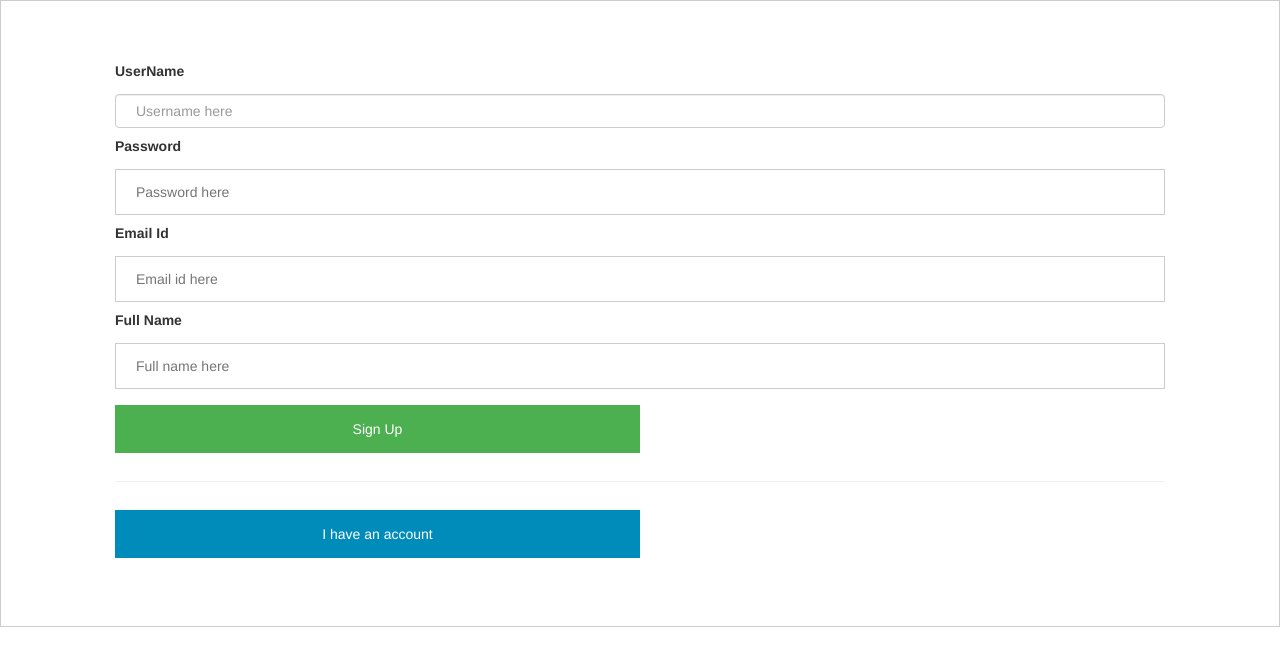
Repository: hamshini/demopro
Page: wippro/Application/WebContent/signup.html
These files come from the project's save history. The page is drawn as it stood at one moment and after the next save; the edit follows.
The browser window is 1280 px wide. The pictures show the whole page.

Above is the page before, as saved 2018-01-10 03:49:12.

After the next save:
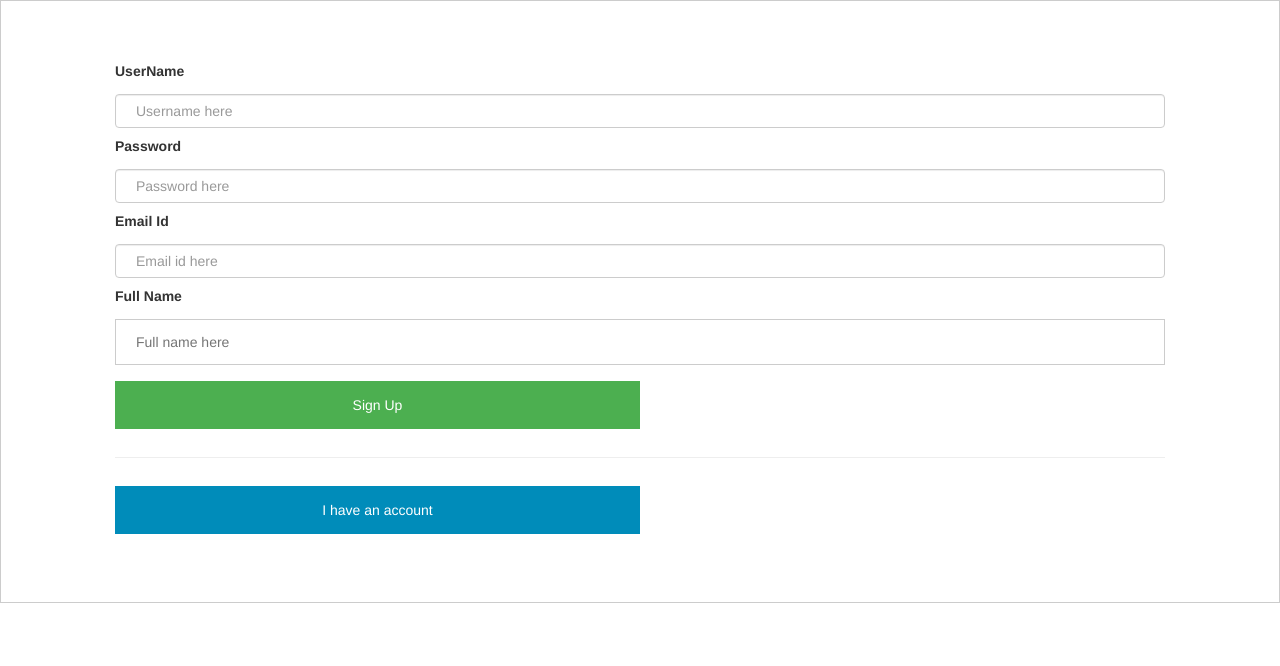
Saved 21 s later.
--- a/wippro/Application/WebContent/signup.html
+++ b/wippro/Application/WebContent/signup.html
@@ -67,10 +67,10 @@ button {
     <input type="text" placeholder="Username here"  class="form-control" name="usr" required>
 
     <label><b>Password</b></label>
-    <input type="password" placeholder="Password here" name="psw" required>
+    <input type="password" placeholder="Password here"  class="form-control" name="psw" required>
 
     <label><b>Email Id</b></label>
-    <input type="text" placeholder="Email id here" name="email" required>
+    <input type="text" placeholder="Email id here"  class="form-control" name="email" required>
 
 
 
